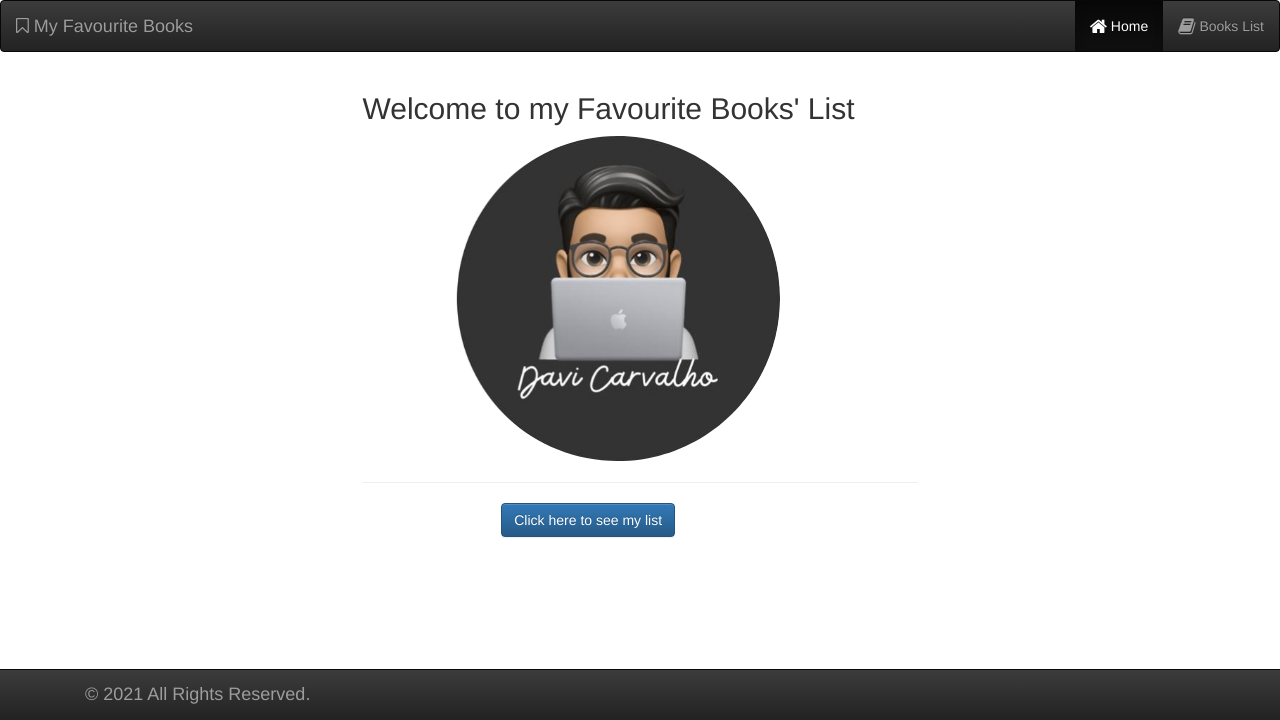
Repository: daviccarvalho/COMP229-M2021-Midterm-301154671
Page: http://localhost/
An editor plug-in stored every save of this project. The page is shown before and after the next save, followed by the edit.
The browser window is 1280 px wide. The pictures show the whole page.
The page is served by the project's Node server (server.js). Other server files are loaded and not shown.

Above is the page before, as saved 2021-06-22 19:07:14.

### server/views/content/index.ejs
<!--
Web App Name: Favourite Book List
Student Name: Davi Cavalcante de Carvalho
Student id# 301154671
June 22, 2021
-->
<%- include('../partials/header.ejs'); %>

    <!-- MAIN CONTENT -->
    <div class="container">
      <div class="row">
        <div class="col-md-offset-3 col-md-6">
          <h2>Welcome to my Favourite Books' List</h2>
        <img src="../../Assets/images/logo.svg" class="col-md-offset-2 pe-4 d-block img-fluid align-top">
      <hr class="my-4">
        <a class="btn btn-primary col-md-offset-3" href="/books" role="button">Click here to see my list</a>
      </div>
    </div>

<%- include('../partials/footer.ejs'); %>

### server/views/partials/header.ejs
<!--
Web App Name: Favourite Book List
Student Name: Davi Cavalcante de Carvalho
Student id# 301154671
June 22, 2021
-->
<!DOCTYPE html>
<html lang="en">
  <head>
    <meta charset="utf-8">
    <meta name="viewport" content="width=device-width, initial-scale=1">
    <title><%= title %></title>
    <!-- CSS SECTION -->
    <link rel="stylesheet" href="/Scripts/lib/bootstrap/dist/css/bootstrap.min.css">
    <link rel="stylesheet" href="/Scripts/lib/bootstrap/dist/css/bootstrap-theme.min.css">
    <link rel="stylesheet" href="/Scripts/lib/font-awesome/css/font-awesome.min.css">
    <link rel="stylesheet" href="/@fortawesome/fontawesome-free/css/all.min.css">
    <link rel='stylesheet' href='/Content/app.css' />
  </head>
  <body>

  <nav class="navbar navbar-inverse" role="navigation">
    <!-- Brand and toggle get grouped for better mobile display -->
    <div class="navbar-header">
      <button type="button" class="navbar-toggle" data-toggle="collapse" data-target=".navbar-ex1-collapse">
        <span class="sr-only">Toggle navigation</span>
        <span class="icon-bar"></span>
        <span class="icon-bar"></span>
        <span class="icon-bar"></span>
      </button>
      <a class="navbar-brand" href="/"><i class="fa fa-bookmark-o"></i> My Favourite Books</a>
    </div>

    <!-- Collect the nav links, forms, and other content for toggling -->
    <div class="collapse navbar-collapse navbar-ex1-collapse">
      <ul class="nav navbar-nav navbar-right">
        <% if(title == "Home") { %>
          <li class="active"><a href="/"><i class="fa fa-home fa-lg"></i> Home</a></li>
        <% } else { %>
          <li><a href="/"><i class="fa fa-home fa-lg"></i> Home</a></li>
        <% } %>

          <% if(title == "books") { %>
          <li class="active"><a href="/books"><i class="fa fa-book fa-lg">
          </i> Books List</a></li>
          <% } else { %>
            <li><a href="/books"><i class="fa fa-book fa-lg">
            </i> Books List</a></li>
          <% } %>

      </ul>
    </div><!-- /.navbar-collapse -->
  </nav>

### server/views/partials/footer.ejs
<!--
Web App Name: Favourite Book List
Student Name: Davi Cavalcante de Carvalho
Student id# 301154671
June 22, 2021
-->
<nav class="navbar navbar-inverse navbar-fixed-bottom">
  <div class="container">
    <h4  class="navbar-text">&copy; 2021 All Rights Reserved.</h4>
  </div>
</nav>



<!-- JAVASCRIPT SECTION -->
    <script src="/Scripts/lib/jquery/dist/jquery.min.js"></script>
    <script src="/Scripts/lib/bootstrap/dist/js/bootstrap.min.js"></script>
    <script src="/Scripts/app.js"></script>
  </body>
</html>

### server.js
/*
Web App Name: Favourite Book List
Student Name: Davi Cavalcante de Carvalho
Student id# 301154671
June 22, 2021*/

let app = require('./server/config/app');
let debug = require('debug')('comp308-w2019-midterm:server');
let http = require('http');

/**
 * Get port from environment and store in Express.
 */

let port = normalizePort(process.env.PORT || '3000');
app.set('port', port);

/**
 * Create HTTP server.
 */

let server = http.createServer(app);

/**
 * Listen on provided port, on all network interfaces.
 */

server.listen(port);
server.on('error', onError);
server.on('listening', onListening);

/**
 * Normalize a port into a number, string, or false.
 */

function normalizePort(val) {
  let port = parseInt(val, 10);

  if (isNaN(port)) {
    // named pipe
    return val;
  }

  if (port >= 0) {
    // port number
    return port;
  }

  return false;
}

/**
 * Event listener for HTTP server "error" event.
 */

function onError(error) {
  if (error.syscall !== 'listen') {
    throw error;
  }

  let bind = typeof port === 'string'
    ? 'Pipe ' + port
    : 'Port ' + port;

  // handle specific listen errors with friendly messages
  switch (error.code) {
    case 'EACCES':
      console.error(bind + ' requires elevated privileges');
      process.exit(1);
      break;
    case 'EADDRINUSE':
      console.error(bind + ' is already in use');
      process.exit(1);
      break;
    default:
      throw error;
  }
}

/**
 * Event listener for HTTP server "listening" event.
 */

function onListening() {
  let addr = server.address();
  let bind = typeof addr === 'string'
    ? 'pipe ' + addr
    : 'port ' + addr.port;
  debug('Listening on ' + bind);
}

### server/routes/index.js
/*
Web App Name: Favourite Book List
Student Name: Davi Cavalcante de Carvalho
Student id# 301154671
June 22, 2021
*/
// modules required for routing
let express = require('express');
let router = express.Router();
let mongoose = require('mongoose');

// define the book model
let book = require('../models/books');

/* GET home page. wildcard */
router.get('/', (req, res, next) => {
  res.render('content/index', {
    title: 'Home',
    books: ''
   });
});

module.exports = router;

### client/Assets/images/logo.svg
<svg width="326" height="327" xmlns="http://www.w3.org/2000/svg" xmlns:xlink="http://www.w3.org/1999/xlink" overflow="hidden"><defs><clipPath id="clip0"><rect x="70" y="63" width="326" height="327"/></clipPath><image width="462" height="455" xlink:href="data:[embedded picture, 33003 characters]" preserveAspectRatio="none" id="img1"></image><clipPath id="clip2"><path d="M70 226.5C70 136.754 142.754 64 232.5 64 322.246 64 395 136.754 395 226.5 395 316.246 322.246 389 232.5 389 142.754 389 70 316.246 70 226.5Z" fill-rule="evenodd" clip-rule="evenodd"/></clipPath></defs><g clip-path="url(#clip0)" transform="translate(-70 -63)"><g clip-path="url(#clip2)"><use width="100%" height="100%" xlink:href="#img1" transform="matrix(0.703463 0 0 0.714286 70 64)"></use></g></g></svg>

### client/Scripts/app.js
/* custom JS goes here */

/* pagination code from http://www.bootply.com/lxa0FF9yhw */
$.fn.pageMe = function(opts){
    var $this = this,
        defaults = {
            perPage: 7,
            showPrevNext: false,
            hidePageNumbers: false
        },
        settings = $.extend(defaults, opts);

    var listElement = $this;
    var perPage = settings.perPage;
    var children = listElement.children();
    var pager = $('.pager');

    if (typeof settings.childSelector!="undefined") {
        children = listElement.find(settings.childSelector);
    }

    if (typeof settings.pagerSelector!="undefined") {
        pager = $(settings.pagerSelector);
    }

    var numItems = children.size();
    var numPages = Math.ceil(numItems/perPage);

    pager.data("curr",0);

    if (settings.showPrevNext){
        $('<li><a href="#" class="prev_link">«</a></li>').appendTo(pager);
    }

    var curr = 0;
    while(numPages > curr && (settings.hidePageNumbers==false)){
        $('<li><a href="#" class="page_link">'+(curr+1)+'</a></li>').appendTo(pager);
        curr++;
    }

    if (settings.showPrevNext){
        $('<li><a href="#" class="next_link">»</a></li>').appendTo(pager);
    }

    pager.find('.page_link:first').addClass('active');
    pager.find('.prev_link').hide();
    if (numPages<=1) {
        pager.find('.next_link').hide();
    }
  	pager.children().eq(1).addClass("active");

    children.hide();
    children.slice(0, perPage).show();

    pager.find('li .page_link').click(function(){
        var clickedPage = $(this).html().valueOf()-1;
        goTo(clickedPage,perPage);
        return false;
    });
    pager.find('li .prev_link').click(function(){
        previous();
        return false;
    });
    pager.find('li .next_link').click(function(){
        next();
        return false;
    });

    function previous(){
        var goToPage = parseInt(pager.data("curr")) - 1;
        goTo(goToPage);
    }

    function next(){
        goToPage = parseInt(pager.data("curr")) + 1;
        goTo(goToPage);
    }

    function goTo(page){
        var startAt = page * perPage,
            endOn = startAt + perPage;

        children.css('display','none').slice(startAt, endOn).show();

        if (page>=1) {
            pager.find('.prev_link').show();
        }
        else {
            pager.find('.prev_link').hide();
        }

        if (page<(numPages-1)) {
            pager.find('.next_link').show();
        }
        else {
            pager.find('.next_link').hide();
        }

        pager.data("curr",page);
      	pager.children().removeClass("active");
        pager.children().eq(page+1).addClass("active");

    }
};

// IIFE
(function(){
  $(".btn-danger").click(function(event){
    if(!confirm("Are you sure?")) {
      event.preventDefault();
      window.location.assign("/books");
    }
  });

 /* pagination code */
  $('#myTable').pageMe(
    {pagerSelector:'#myPager',showPrevNext:true,hidePageNumbers:false,perPage:6}
    );
})();

Loaded but not shown: client/Scripts/lib/bootstrap/dist/css/bootstrap.min.css (library); client/Scripts/lib/bootstrap/dist/css/bootstrap-theme.min.css (library); client/Scripts/lib/font-awesome/css/font-awesome.min.css (library); client/Content/app.css (common file); client/Scripts/lib/jquery/dist/jquery.min.js (library); client/Scripts/lib/bootstrap/dist/js/bootstrap.min.js (library)

After the next save:
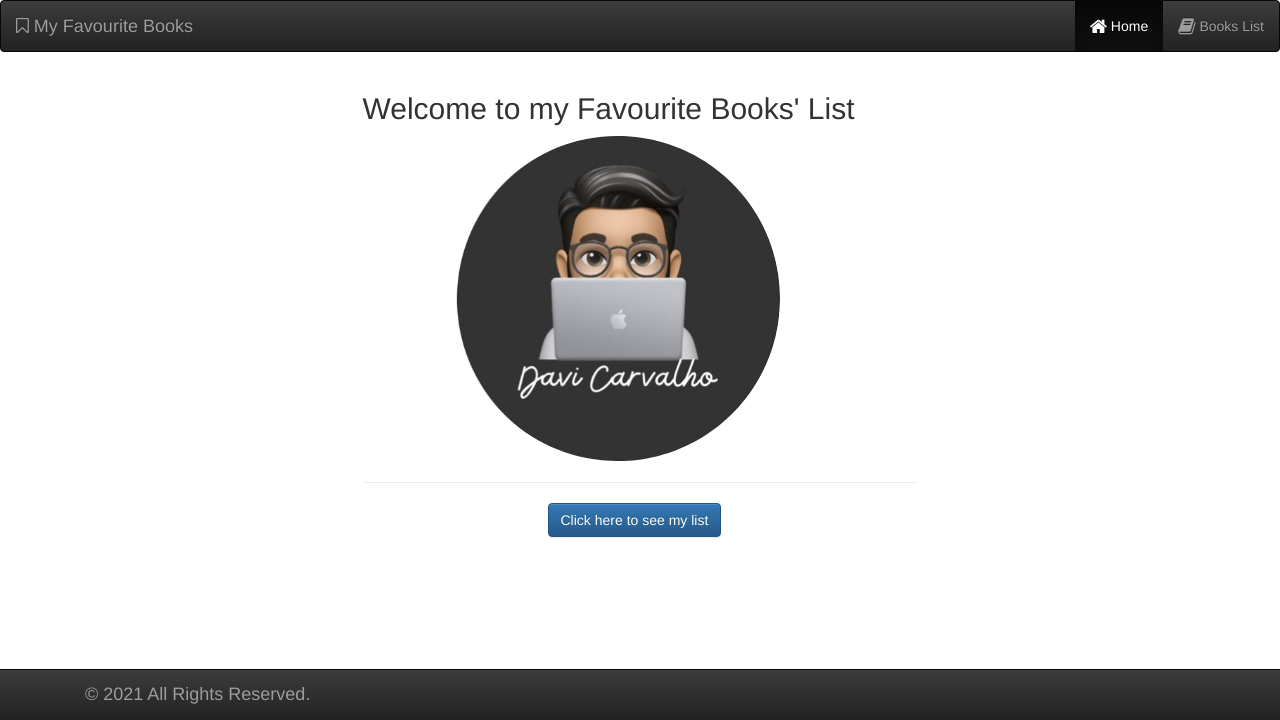
Saved 9 s later.
--- a/server/views/content/index.ejs
+++ b/server/views/content/index.ejs
@@ -13,7 +13,7 @@ June 22, 2021
           <h2>Welcome to my Favourite Books' List</h2>
         <img src="../../Assets/images/logo.svg" class="col-md-offset-2 pe-4 d-block img-fluid align-top">
       <hr class="my-4">
-        <a class="btn btn-primary col-md-offset-3" href="/books" role="button">Click here to see my list</a>
+        <a class="btn btn-primary col-md-offset-4" href="/books" role="button">Click here to see my list</a>
       </div>
     </div>
 
